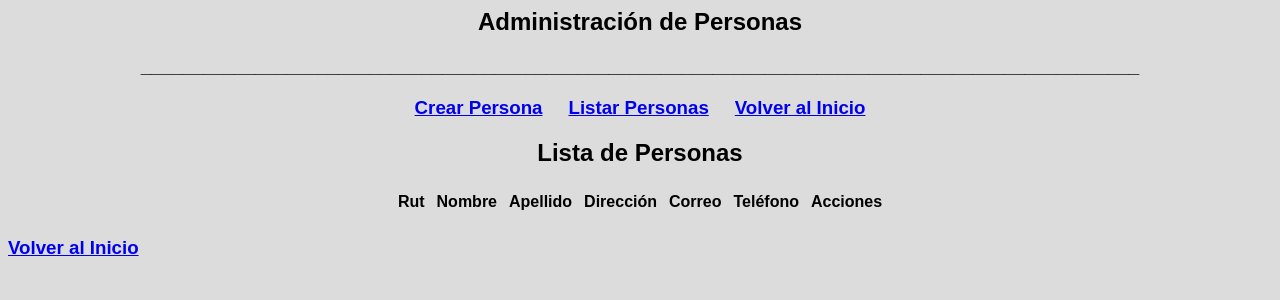
Repository: miguelalvarezcl/examen
Page: http://localhost/CtaCorriente/listPersonabd
The author's editor kept a copy of each file at every save. The page is drawn from the files as they stood at one save, then again after the next save.
The browser window is 1280 px wide. The pictures show the whole page.
The page is served by Tomcat 9. Other server files are loaded and not shown. Queries for data that is not in the repository find no rows.

Above is the page before, as saved 2021-11-13 05:10:02.

### CtaCorriente/WebContent/ListaPersonas.jsp
<%@ page language="java" contentType="text/html; charset=UTF-8"
    pageEncoding="UTF-8"%>
<%@ taglib uri="http://java.sun.com/jsp/jstl/core" prefix="c" %>
<html>
<head>
    <title>Banco Platinum</title>
</head>
<body>
    <center>
        <h2>Administración de Personas</h2>
        		<h3>________________________________________________________________________________________________</h3>
        <h3>
            <a href="/CtaCorriente/newpersona">Crear Persona</a>
            &nbsp;&nbsp;&nbsp;
            <a href="/CtaCorriente/listPersonabd">Listar Personas</a>
            &nbsp;&nbsp;&nbsp;
            <a href="/CtaCorriente/home.jsp">Volver al Inicio</a>
        </h3>
    </center>
    <div align="center">
        <table border="0" cellpadding="5">
            <h2>Lista de Personas</h2>
            <tr>
                <th>Rut</th>
                <th>Nombre</th>
                <th>Apellido</th>
                <th>Dirección</th>
                <th>Correo</th>
                <th>Teléfono</th>
                <th>Acciones</th>

            </tr>
            <c:forEach var="personabd" items="${listPersonabd}">
                <tr>
                    <td><c:out value="${personabd.rut}" /></td>
                    <td><c:out value="${personabd.nombre}" /></td>
                    <td><c:out value="${personabd.apellido}" /></td>
                    <td><c:out value="${personabd.direccion}" /></td>
                    <td><c:out value="${personabd.correo}" /></td>
                    <td><c:out value="${personabd.telefono}" /></td>

                    <td>
                        <a href="/CtaCorriente/editpersona?rut=<c:out value='${personabd.rut}' />">Edit</a>
                        &nbsp;&nbsp;&nbsp;&nbsp;
                        <a href="/CtaCorriente/deletepersona?rut=<c:out value='${personabd.rut}' />">Delete</a>
                    </td>
                </tr>
            </c:forEach>
        </table>
    </div>
            <h3>

            <a href="/CtaCorriente/home.jsp">Volver al Inicio</a>
        </h3>
</body>
</html>

<style>
body{
	font-family: arial, helvetica;
	background: #DCDCDC;
}
</style>

### CtaCorriente/src/com/platinum/ControllerServlet.java
package com.platinum;

import java.io.IOException;
import java.sql.SQLException;
import java.util.List;

import javax.servlet.RequestDispatcher;
import javax.servlet.ServletException;
import javax.servlet.http.HttpServlet;
import javax.servlet.http.HttpServletRequest;
import javax.servlet.http.HttpServletResponse;


public class ControllerServlet extends HttpServlet {
    private static final long serialVersionUID = 1L;
    private UsuariobdDAO usuariobdDAO;
    private PersonabdDAO personabdDAO;
    private CuentabdDAO cuentabdDAO;
    private TransferenciaDAO transferenciaDAO;

    public void init() {
        String jdbcURL = getServletContext().getInitParameter("jdbcURL");
        String jdbcUsername = getServletContext().getInitParameter("jdbcUsername");
        String jdbcPassword = getServletContext().getInitParameter("jdbcPassword");

        usuariobdDAO = new UsuariobdDAO(jdbcURL, jdbcUsername, jdbcPassword);
        personabdDAO = new PersonabdDAO(jdbcURL, jdbcUsername, jdbcPassword);
        cuentabdDAO = new CuentabdDAO(jdbcURL, jdbcUsername, jdbcPassword);
        transferenciaDAO = new TransferenciaDAO(jdbcURL, jdbcUsername, jdbcPassword);

    }

    protected void doPost(HttpServletRequest request, HttpServletResponse response)
            throws ServletException, IOException {
        doGet(request, response);
    }

    protected void doGet(HttpServletRequest request, HttpServletResponse response)
            throws ServletException, IOException {
        String action = request.getServletPath();

        try {
            switch (action) {
            case "/new":
                showNewForm(request, response);
                break;
            case "/newpersona":
                showNewFormPersona(request, response);
                break;

            case "/newcuenta":
                showNewFormCuenta(request, response);
                break;

            case "/newtransferencia":
                showNewFormTransferencia(request, response);
                break;

            case "/insert":
                insertUsuariobd(request, response);
                break;

            case "/insertpersona":
                insertPersonabd(request, response);
                break;

            case "/insertcuenta":
                insertCuentabd(request, response);
                break;

            case "/inserttransferencia":
                insertTransferencia(request, response);
                break;
            case "/deletecuenta":
                deleteCuentabd(request, response);
                break;

            case "/deletepersona":
                deletePersonabd(request, response);
                break;
            case "/delete":
                deleteUsuariobd(request, response);
                break;
            case "/editpersona":
                showEditFormPersona(request, response);
                break;

            case "/editcuenta":
                showEditFormCuenta(request, response);
                break;

            case "/edit":
                showEditForm(request, response);
                break;
            case "/update":
                updateUsuariobd(request, response);
                break;
            case "/updatepersona":
                updatePersonabd(request, response);
                break;

            case "/updatecuenta":
                updateCuentabd(request, response);
                break;


            case "/listPersonabd":
            	listPersonabd(request, response);
                break;

            case "/listCuentabd":
            	//System.out.println("1");
            	listCuentabd(request, response);
                break;
            case "/listTransferencia":
            	listTransferencia(request, response);
                break;
            default:
                listUsuariobd(request, response);
                break;
            }
        } catch (SQLException ex) {
            throw new ServletException(ex);
        }
    }



    private void listTransferencia(HttpServletRequest request, HttpServletResponse response)
            throws SQLException, IOException, ServletException {


        List<Transferencia> listTransferencia = transferenciaDAO.listAllTransferencia();

        request.setAttribute("listTransferencia", listTransferencia);
        RequestDispatcher dispatcher = request.getRequestDispatcher("ListaTransferencia.jsp");
        dispatcher.forward(request, response);
    }

    private void listCuentabd(HttpServletRequest request, HttpServletResponse response)
            throws SQLException, IOException, ServletException {


        List<Cuentabd> listCuentabd = cuentabdDAO.listAllCuentabd();

        request.setAttribute("listCuentabd", listCuentabd);
        RequestDispatcher dispatcher = request.getRequestDispatcher("ListaCuentas.jsp");
        dispatcher.forward(request, response);
    }

    private void listPersonabd(HttpServletRequest request, HttpServletResponse response)
            throws SQLException, IOException, ServletException {

        List<Personabd> listPersonabd = personabdDAO.listAllPersonabd();

        request.setAttribute("listPersonabd", listPersonabd);
        RequestDispatcher dispatcher = request.getRequestDispatcher("ListaPersonas.jsp");
        dispatcher.forward(request, response);
    }

    private void listUsuariobd(HttpServletRequest request, HttpServletResponse response)
            throws SQLException, IOException, ServletException {
        List<Usuariobd> listUsuariobd = usuariobdDAO.listAllUsuariosbd();
        request.setAttribute("listUsuariobd", listUsuariobd);
        RequestDispatcher dispatcher = request.getRequestDispatcher("ListaUsuarios.jsp");
        dispatcher.forward(request, response);
    }


    private void showNewForm(HttpServletRequest request, HttpServletResponse response)
            throws ServletException, IOException {
        RequestDispatcher dispatcher = request.getRequestDispatcher("FormularioUsuario.jsp");
        dispatcher.forward(request, response);
    }

    private void showNewFormPersona(HttpServletRequest request, HttpServletResponse response)
            throws ServletException, IOException {
        RequestDispatcher dispatcher = request.getRequestDispatcher("FormularioPersona.jsp");
        dispatcher.forward(request, response);
    }

    private void showNewFormCuenta(HttpServletRequest request, HttpServletResponse response)
            throws ServletException, IOException {
        RequestDispatcher dispatcher = request.getRequestDispatcher("FormularioCuenta.jsp");
        dispatcher.forward(request, response);
    }

    private void showNewFormTransferencia(HttpServletRequest request, HttpServletResponse response)
            throws ServletException, IOException {
        RequestDispatcher dispatcher = request.getRequestDispatcher("FormularioTransferencia.jsp");
        dispatcher.forward(request, response);
    }


    private void showEditForm(HttpServletRequest request, HttpServletResponse response)
            throws SQLException, ServletException, IOException {
        int id = Integer.parseInt(request.getParameter("id"));
        Usuariobd existingUsuariobd = usuariobdDAO.getUsuariobd(id);
        RequestDispatcher dispatcher = request.getRequestDispatcher("FormularioUsuario.jsp");
        request.setAttribute("usuariobd", existingUsuariobd);
        dispatcher.forward(request, response);

    }

    private void showEditFormPersona(HttpServletRequest request, HttpServletResponse response)
            throws SQLException, ServletException, IOException {
        String rut = request.getParameter("rut");
        Personabd existingPersonabd = personabdDAO.getPersonabd(rut);
        RequestDispatcher dispatcher = request.getRequestDispatcher("FormularioPersona.jsp");
        request.setAttribute("personabd", existingPersonabd);
        dispatcher.forward(request, response);


    }

    private void showEditFormCuenta(HttpServletRequest request, HttpServletResponse response)
            throws SQLException, ServletException, IOException {
        int id = Integer.parseInt(request.getParameter("id"));
        Cuentabd existingCuentabd = cuentabdDAO.getCuentabd(id);
        RequestDispatcher dispatcher = request.getRequestDispatcher("FormularioCuenta.jsp");
        request.setAttribute("cuentabd", existingCuentabd);
        dispatcher.forward(request, response);


    }

    private void insertUsuariobd(HttpServletRequest request, HttpServletResponse response)
            throws SQLException, IOException {
        String nombreusuario = request.getParameter("nombreusuario");
        String password = request.getParameter("password");


        Usuariobd newUsuariobd = new Usuariobd(nombreusuario, password);
        usuariobdDAO.insertUsuariobd(newUsuariobd);
        response.sendRedirect("list");
    }

    private void insertPersonabd(HttpServletRequest request, HttpServletResponse response)
            throws SQLException, IOException {
    	String rut = request.getParameter("rut");
        String nombre = request.getParameter("nombre");
        String apellido = request.getParameter("apellido");
        String direccion = request.getParameter("direccion");
        String correo = request.getParameter("correo");
        String telefono = request.getParameter("telefono");

        Personabd newPersonabd = new Personabd(rut,nombre, apellido,direccion,correo,telefono);
        personabdDAO.insertPersonabd(newPersonabd);
        response.sendRedirect("listPersonabd");
    }

    private void insertTransferencia(HttpServletRequest request, HttpServletResponse response)
            throws SQLException, IOException {
        String rutpersona = request.getParameter("rutpersona");
        int idusuario = Integer.parseInt(request.getParameter("idusuario"));
        int idcuenta = Integer.parseInt(request.getParameter("idcuenta"));
        int montotransferencia = Integer.parseInt(request.getParameter("montotransferencia"));
        int cuentatransferencia = Integer.parseInt(request.getParameter("cuentatransferencia"));
        String tipocuenta = request.getParameter("tipocuenta");

        Transferencia newTransferencia = new Transferencia(rutpersona, idusuario,idcuenta,montotransferencia,cuentatransferencia,tipocuenta);
        transferenciaDAO.insertTransferencia(newTransferencia);
        response.sendRedirect("listTransferencia");
    }

    private void insertCuentabd(HttpServletRequest request, HttpServletResponse response)
            throws SQLException, IOException {
        String rutcliente = request.getParameter("rutcliente");
        String monto = request.getParameter("monto");
        String ejecutivo = request.getParameter("ejecutivo");

        Cuentabd newCuentabd = new Cuentabd(rutcliente, monto,ejecutivo);
        cuentabdDAO.insertCuentabd(newCuentabd);
        response.sendRedirect("listCuentabd");
    }


    private void updatePersonabd(HttpServletRequest request, HttpServletResponse response)
            throws SQLException, IOException {
        String rut = request.getParameter("rut");
        String nombre = request.getParameter("nombre");
        String apellido = request.getParameter("apellido");
        String direccion = request.getParameter("direccion");
        String correo = request.getParameter("correo");
        String telefono = request.getParameter("telefono");


        Personabd personabd = new Personabd(rut, nombre, apellido,direccion,correo,telefono);
        personabdDAO.updatePersonabd(personabd);
        response.sendRedirect("listPersonabd");
    }


    private void updateCuentabd(HttpServletRequest request, HttpServletResponse response)
            throws SQLException, IOException {
    	System.out.println("paso");

        String rutcliente = request.getParameter("rutcliente");
        String monto = request.getParameter("monto");
        String ejecutivo = request.getParameter("ejecutivo");
        int id = Integer.parseInt(request.getParameter("id"));
        Cuentabd cuentabd = new Cuentabd(id, rutcliente, monto , ejecutivo);
        System.out.println("paso2");
        cuentabdDAO.updateCuentabd(cuentabd);
        response.sendRedirect("listCuentabd");
    }


    private void updateUsuariobd(HttpServletRequest request, HttpServletResponse response)
            throws SQLException, IOException {
        int id = Integer.parseInt(request.getParameter("id"));
        String nombreusuario = request.getParameter("nombreusuario");
        String password = request.getParameter("password");


        Usuariobd usuariobd = new Usuariobd(id, nombreusuario, password);
        usuariobdDAO.updateUsuariobd(usuariobd);
        response.sendRedirect("list");
    }

    private void deleteUsuariobd(HttpServletRequest request, HttpServletResponse response)
            throws SQLException, IOException {
        int id = Integer.parseInt(request.getParameter("id"));

        Usuariobd usuariobd = new Usuariobd(id);
        usuariobdDAO.deleteUsuariobd(usuariobd);
        response.sendRedirect("list");

    }

    private void deletePersonabd(HttpServletRequest request, HttpServletResponse response)
            throws SQLException, IOException {
        String rut = request.getParameter("rut");

        Personabd personabd = new Personabd(rut);
        personabdDAO.deletePersonabd(personabd);
        response.sendRedirect("listPersonabd");
    }


    private void deleteCuentabd(HttpServletRequest request, HttpServletResponse response)
            throws SQLException, IOException {
        int id = Integer.parseInt(request.getParameter("id"));

        Cuentabd cuentabd = new Cuentabd(id);
        cuentabdDAO.deleteCuentabd(cuentabd);
        response.sendRedirect("listCuentabd");
    }



}

After the next save:
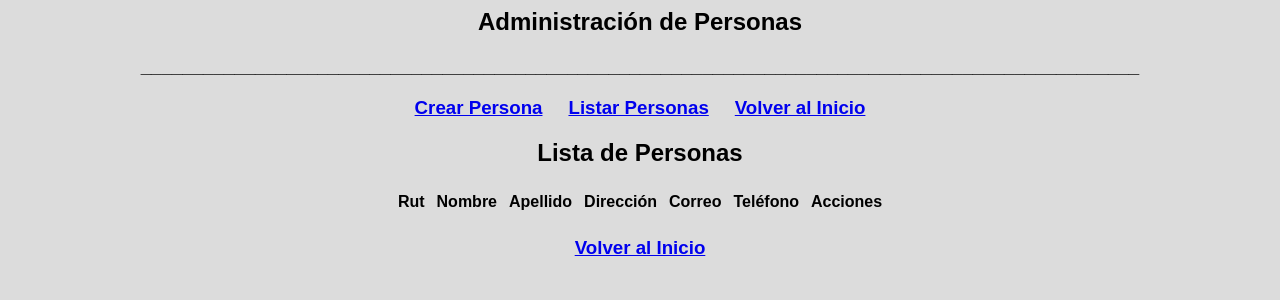
Saved 53 s later.
--- a/CtaCorriente/WebContent/ListaPersonas.jsp
+++ b/CtaCorriente/WebContent/ListaPersonas.jsp
@@ -48,10 +48,12 @@
             </c:forEach>
         </table>
     </div>
+        <center>
             <h3>
 
             <a href="/CtaCorriente/home.jsp">Volver al Inicio</a>
-        </h3>
+            </h3>
+        </center>
 </body>
 </html>
 
